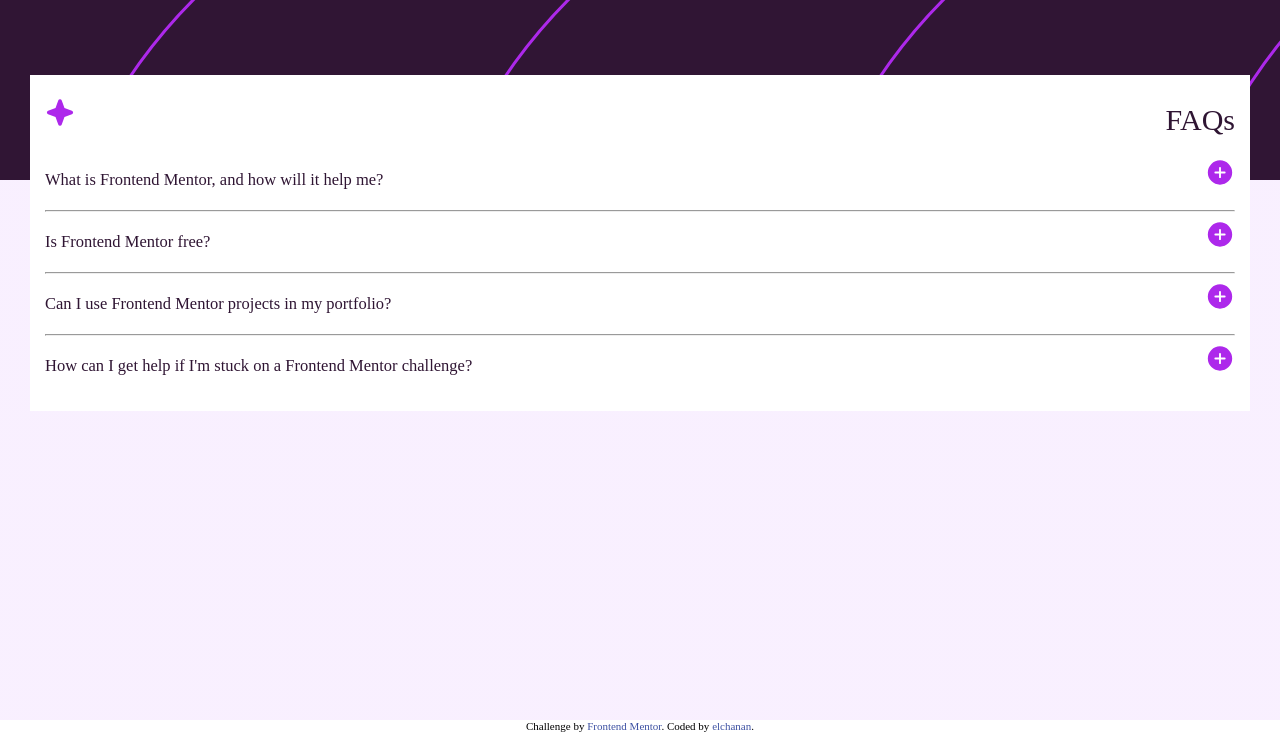
Repository: elchananChen/frontend-mentor-projects
Page: 2024/10/faQs/index.html
An editor plug-in stored every save of this project. The page is shown before and after the next save, followed by the edit.
The browser window is 1280 px wide. The pictures show the whole page.

Above is the page before, as saved 2024-10-13 22:50:59.

### 2024/10/faQs/index.html
<!DOCTYPE html>
<html lang="en">
  <head>
    <meta charset="UTF-8" />
    <meta name="viewport" content="width=device-width, initial-scale=1.0" />

    <link
      rel="icon"
      type="image/png"
      sizes="32x32"
      href="./assets/images/favicon-32x32.png"
    />

    <title>Frontend Mentor | FAQ accordion</title>

    <style>
      .attribution {
        font-size: 11px;
        text-align: center;
      }
      .attribution a {
        color: hsl(228, 45%, 44%);
      }
    </style>
    <link rel="stylesheet" href="./style.css" />
  </head>
  <body>
    <article>
      <div class="card">
        <header>
          <div class="flex q-wrapper">
            <div class="star-wrapper">
              <img src="./assets/images/icon-star.svg" alt="icon-star" />
            </div>
            <h1>FAQs</h1>
          </div>
        </header>
        <main>
          <div class="flex q-wrapper">
            <h3>What is Frontend Mentor, and how will it help me?</h3>
            <div class="plus-wrapper">
              <img src="./assets/images/icon-plus.svg" alt="plus-sign" />
            </div>
          </div>
          <p class="hidden">
            Frontend Mentor offers realistic coding challenges to help
            developers improve their frontend coding skills with projects in
            HTML, CSS, and JavaScript. It's suitable for all levels and ideal
            for portfolio building.
          </p>
          <hr />
          <div class="flex q-wrapper">
            <h3>Is Frontend Mentor free?</h3>
            <div class="plus-wrapper">
              <img src="./assets/images/icon-plus.svg" alt="plus-sign" />
            </div>
          </div>
          <p class="hidden">
            Yes, Frontend Mentor offers both free and premium coding challenges,
            with the free option providing access to a range of projects
            suitable for all skill levels.
          </p>
          <hr />
          <div class="flex q-wrapper">
            <h3>Can I use Frontend Mentor projects in my portfolio?</h3>
            <div class="plus-wrapper">
              <img src="./assets/images/icon-plus.svg" alt="plus-sign" />
            </div>
          </div>
          <p class="hidden">
            Yes, you can use projects completed on Frontend Mentor in your
            portfolio. It's an excellent way to showcase your skills to
            potential employers!
          </p>
          <hr />
          <div class="flex q-wrapper">
            <h3>
              How can I get help if I'm stuck on a Frontend Mentor challenge?
            </h3>
            <div class="plus-wrapper">
              <img src="./assets/images/icon-plus.svg" alt="plus-sign" />
            </div>
          </div>
          <p class="hidden">
            The best place to get help is inside Frontend Mentor's Discord
            community. There's a help channel where you can ask questions and
            seek support from other community members.
          </p>
        </main>
      </div>
    </article>
    <div class="attribution">
      Challenge by
      <a href="https://www.frontendmentor.io?ref=challenge" target="_blank"
        >Frontend Mentor</a
      >. Coded by <a href="#">elchanan</a>.
    </div>
  </body>
</html>

### 2024/10/faQs/style.css
@import url("./css/reset.css");
@import url("./css/varieble.css");
@import url("./css/fonts.css");
@import url("./css/utilities.css");

article {
  min-height: 100vh;
  width: 100%;
  padding: 2rem;
  padding-block: 5rem;
  background: linear-gradient(180deg, transparent 25%, hsl(275, 100%, 97%) 25%),
    url("./assets/images/background-pattern-mobile.svg");
}
.card {
  background-color: var(--color-White);
  padding: 1rem;
}
header {
}
h1 {
  font-size: 2rem;
  color: var(--color-Dark-purple);
}
h3 {
  font-size: 1.1rem;
  color: var(--color-Dark-purple);
}
.q-wrapper {
  gap: 3rem;
  padding-block: 0.5rem;
  align-items: center;
  justify-content: space-between;
}
.star-wrapper {
  /* position: relative; */
  width: 3rem;
  height: 3rem;
}
.plus-wrapper {
  display: flex;
  /* text-align: center; */
  justify-content: end;
  width: 3rem;
  height: 3rem;
}
img {
  width: 2rem;
  height: 2rem;
  object-fit: cover;
}

### 2024/10/faQs/css/reset.css
* {
  box-sizing: border-box;
  margin: 0;
  padding: 0;
}
html {
  font-family: "overpass-Regular";
}
html,
body {
  min-height: 100vh;
  width: 100%;
  font-size: 15px;
}

img {
  display: block;
  max-width: 100%;
}
h1,
h2,
h3,
h4,
h5,
h6 {
  font-size: 1rem;
  font-weight: normal;
}
button {
  border: 0px;
}

ul,
ol {
  padding-left: 0.5rem;
}
a {
  text-decoration: none;
  color: inherit;
}

### 2024/10/faQs/css/varieble.css
:root {
  --color-White: hsl(0, 0%, 100%);
  --color-Light-pink: hsl(275, 100%, 97%);
  --color-Grayish-purple: hsl(292, 16%, 49%);
  --color-Dark-purple: hsl(292, 42%, 14%);
}

### 2024/10/faQs/css/utilities.css
.flex {
  display: flex;
}
.hidden {
  display: none;
}

Loaded but not shown: 2024/10/faQs/css/fonts.css (no copy from this time; the picture is the same without it)

After the next save:
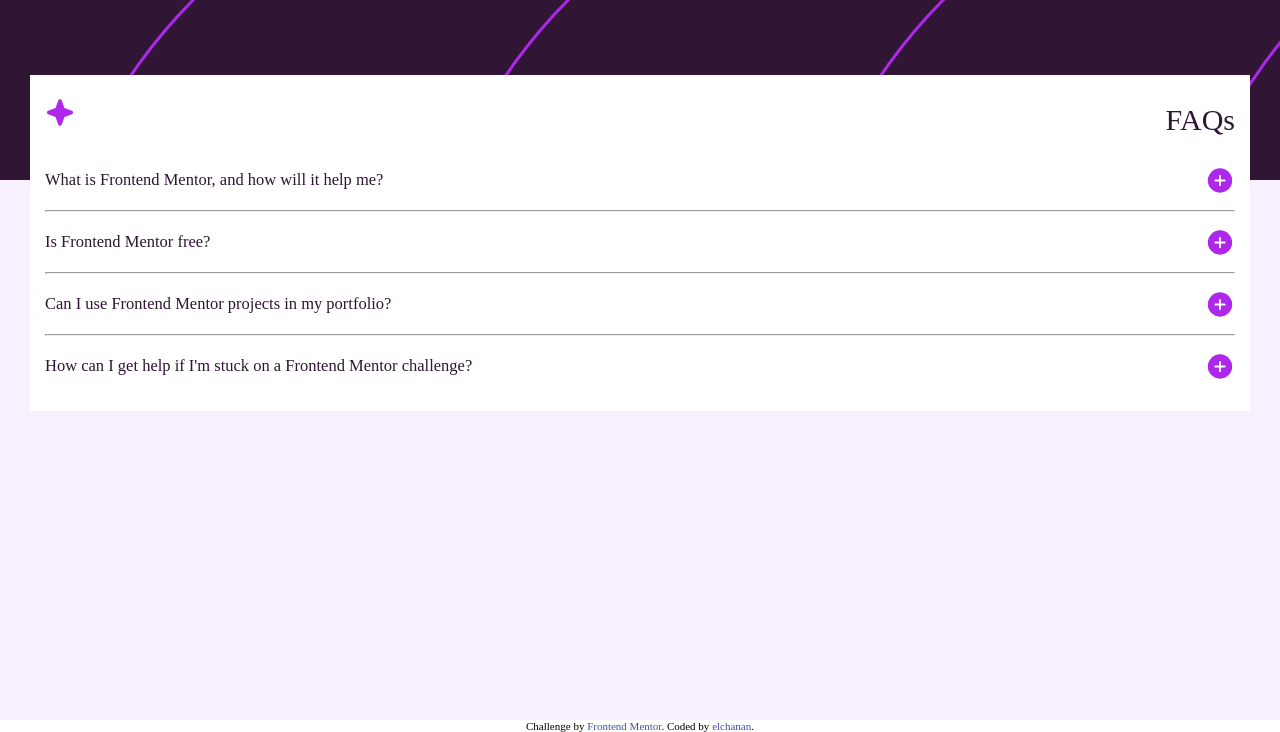
Saved 9 s later.
--- a/2024/10/faQs/style.css
+++ b/2024/10/faQs/style.css
@@ -38,7 +38,7 @@
 }
 .plus-wrapper {
   display: flex;
-  /* text-align: center; */
+  align-items: center;
   justify-content: end;
   width: 3rem;
   height: 3rem;
